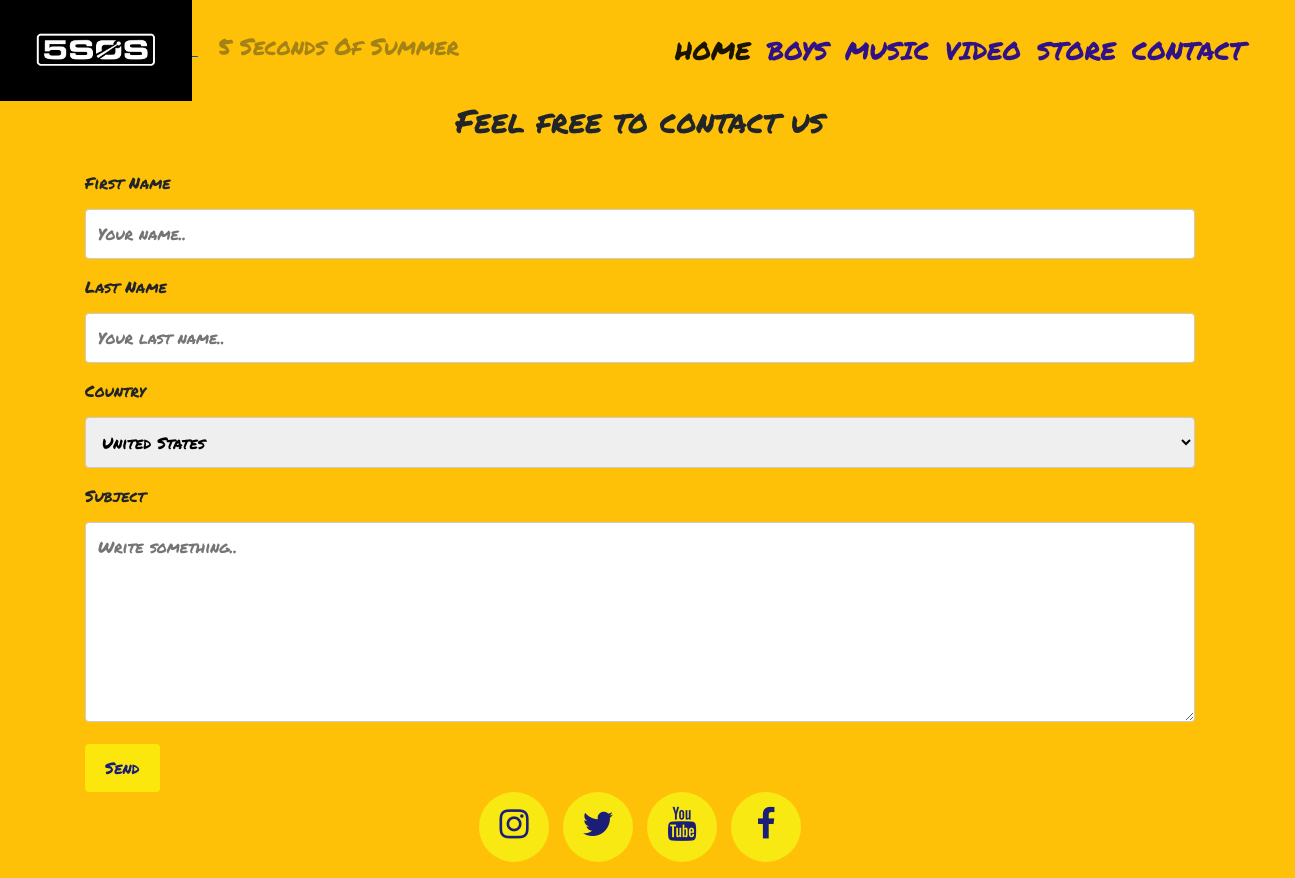
Repository: sun5lower/5SOS
Page: contact.html
The author's editor kept a record of every edit. The page is drawn from the files as they stood at one moment, then again after the next edit.
The browser window is 1280 px wide. The page is 1295 px wide, so the pictures cover 1295 px, including what lies to the right of the window. The pictures show the whole page.
The pointer rests on the first visible `input[type=submit]`.

Above is the page before.

After the next edit:
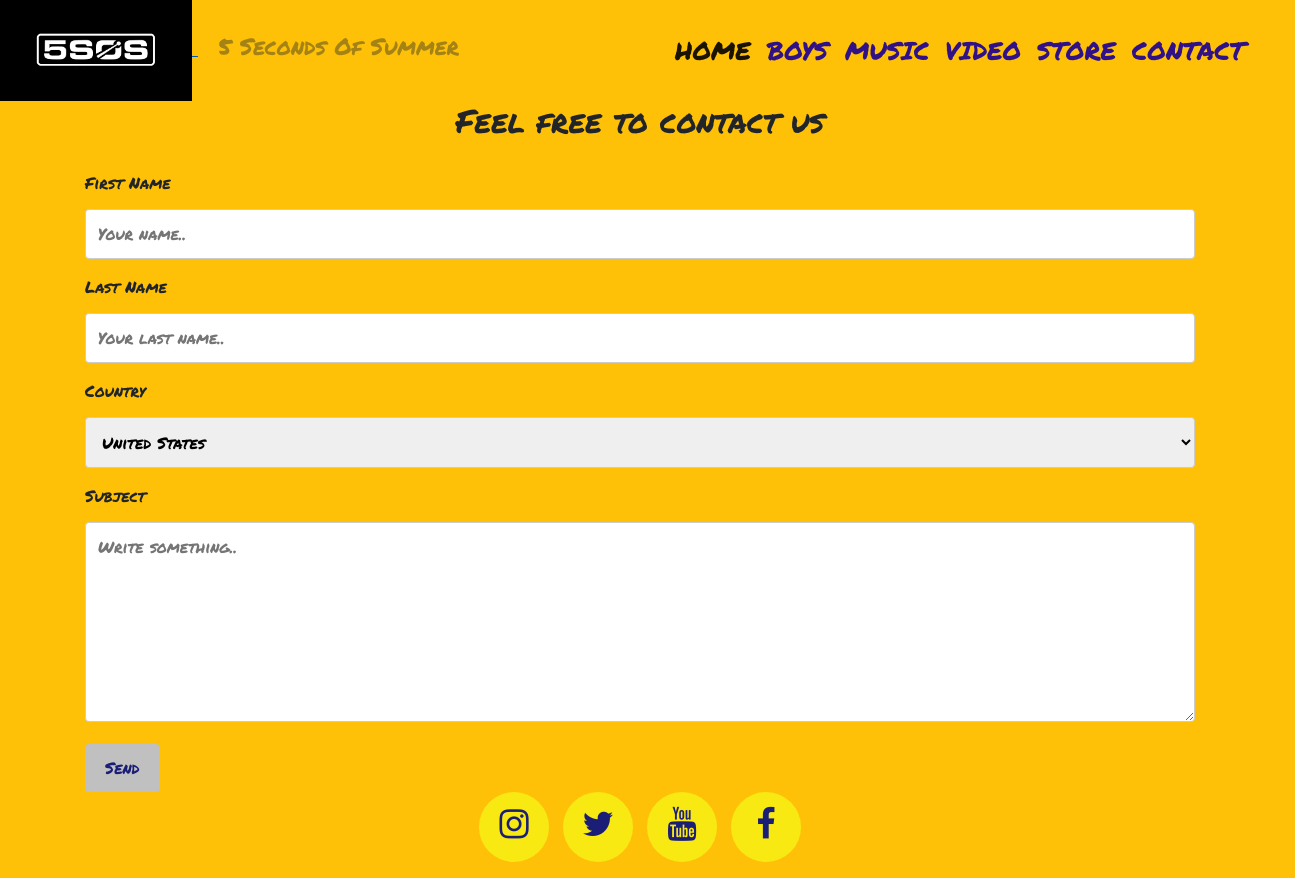
The edit:
--- a/assets/css/style.css
+++ b/assets/css/style.css
@@ -262,7 +262,7 @@
 }
 
 input[type=submit]:hover {
-  background-color: #FBE70C;
+  background-color: #C0C0C0;
 }
 
   /* ---------------------------------------------------Store  */
